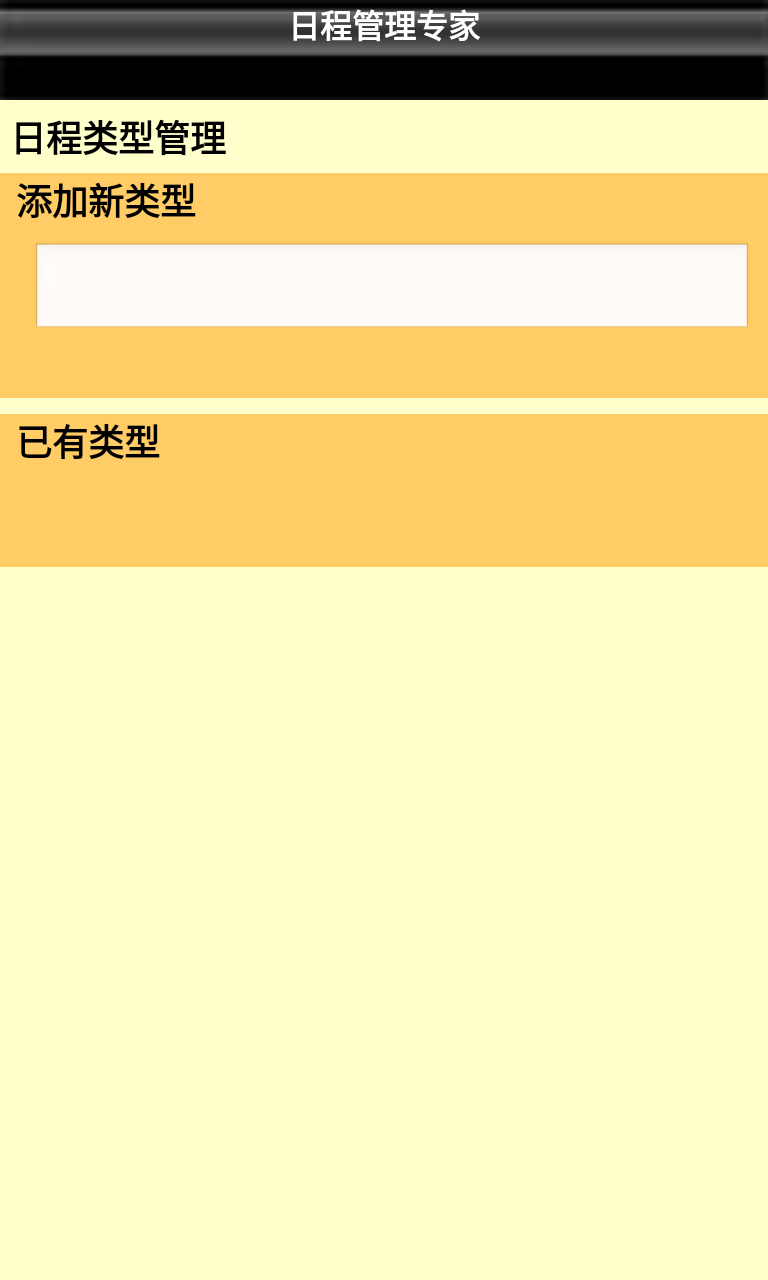
Repository: gogolaile/CoolWeather
Layout: DayDel/res/layout/add.xml
The author's editor kept a copy of each file at every save. The layout is drawn from the files as they stood at one save, then again after the next save.
It is drawn on a 768 x 1280 px phone screen (xhdpi) without system bars, with theme android:Theme.NoTitleBar.Fullscreen; the app's code is not run. Lists and similar views that code fills are empty.

Above is the layout before, as saved 2015-12-05 10:03:36.

### DayDel/res/layout/add.xml
<LinearLayout xmlns:android="http://schemas.android.com/apk/res/android"
    android:layout_width="match_parent"
    android:layout_height="match_parent"
    android:background="#FFFFCC"
    android:orientation="vertical">

    <FrameLayout
        android:layout_width="match_parent"
        android:layout_height="50dp"
        android:background="@drawable/title">
    <TextView
        android:layout_width="wrap_content"
        android:layout_height="wrap_content"
        android:text="@string/day_manager"
        android:textSize="16sp"
        android:textColor="#FFFF"
        android:textStyle="bold"
        android:layout_gravity="center_horizontal"
        />
     </FrameLayout>
    <TextView
        android:layout_width="wrap_content"
        android:layout_height="wrap_content"
        android:text="@string/daytype_manage"
        android:textSize="18sp"
        android:textColor="#000"
        android:textStyle="bold"
        android:layout_margin="5dp"/>
      <LinearLayout
          android:layout_width="match_parent"
          android:layout_height="wrap_content"
          android:orientation="vertical"
          android:background="#FFCC66">
        <TextView
           android:layout_width="wrap_content"
           android:layout_height="wrap_content"
           android:text="@string/add_new_type"
           android:textColor="#000"
           android:textStyle="bold"
           android:textSize="18sp"
           android:layout_marginLeft="8dp"
            />
           <LinearLayout
                      android:layout_width="match_parent"
                      android:layout_height="wrap_content"
                      android:layout_margin="8dp"
                      android:orientation="horizontal">
                    <EditText
                        android:id="@+id/add_type_edit"
                        android:layout_width="match_parent"
                        android:layout_height="wrap_content"
                        android:textColor="#000"
                        android:textStyle="bold"
                        android:textSize="18sp"
                        android:layout_marginLeft="8dp"/>
                    <Button
                        android:id="@+id/add_type_button"
                        android:layout_width="wrap_content"
                        android:layout_height="wrap_content"
                        android:text="@string/add"
                        android:textColor="#000"
                        android:textStyle="bold"
                        android:textSize="18sp"
                        android:layout_gravity="left"
                      />
              </LinearLayout>
     </LinearLayout>
           <LinearLayout
          android:layout_width="match_parent"
          android:layout_height="wrap_content"
          android:orientation="vertical"
          android:background="#FFCC66"
          android:layout_marginTop="8dp">
          <TextView
           android:layout_width="wrap_content"
           android:layout_height="wrap_content"
           android:text="@string/existing_type"
           android:textColor="#000"
           android:textStyle="bold"
           android:textSize="18sp"
           android:layout_marginLeft="8dp"
                 />
     <ListView
             android:layout_width="match_parent"
             android:layout_height="match_parent"
             android:background="#FFCC66"
             android:layout_marginLeft="5dp"
             android:layout_marginRight="5dp"
             android:layout_marginBottom="50dp">
     </ListView>
     </LinearLayout>
</LinearLayout>

### DayDel/res/values/strings.xml
<?xml version="1.0" encoding="utf-8"?>
<resources>

    <string name="app_name">DayDel</string>
    <string name="hello_world">Hello world!</string>
    <string name="action_settings">Settings</string>
    <string name="day_manager">日程管理专家</string>
    <string name="duty">已有日程</string>
    <string name="type">类型</string>
    <string name="theme">主题</string>
    <string name="remark">备注</string>
    <string name="add">添加</string>
    <string name="comeback">返回上一页</string>
    <string name="add_new_type">添加新类型</string>
    <string name="type_manager">类型管理</string>
    <string name="existing_type">已有类型</string>
    <string name="complete">完成</string>
    <string name="cancel">取消</string>
    <string name="set_the_alarm">设置闹钟</string>
    <string name="set_the_time">设置日期和时间</string>
    <string name="edit">更改</string>
    <string name="search">搜索</string>
    <string name="search_result">查找结果</string>
    <string name="limited_date_range">限定日期范围</string>
    <string name="conditions_search">按条件搜索</string>
    <string name="search_from">从指定类型中搜索</string>
    <string name="choose_all_type">选定以上所有类型</string>
    <string name="metting">会议</string>
    <string name="memo">备忘</string>
    <string name="date">约会</string>
    <string name="backlog">待办</string>
    <string name="date_changed">修改日程</string>
    <string name="date_build">新建日程</string>
    <string name="day">日期:2011/06/19</string>
    <string name="time">时间:08:00</string>
    <string name="alarm">闹钟:无闹钟</string>
    <string name="daytype_manage">日程类型管理</string>
</resources>

After the next save:
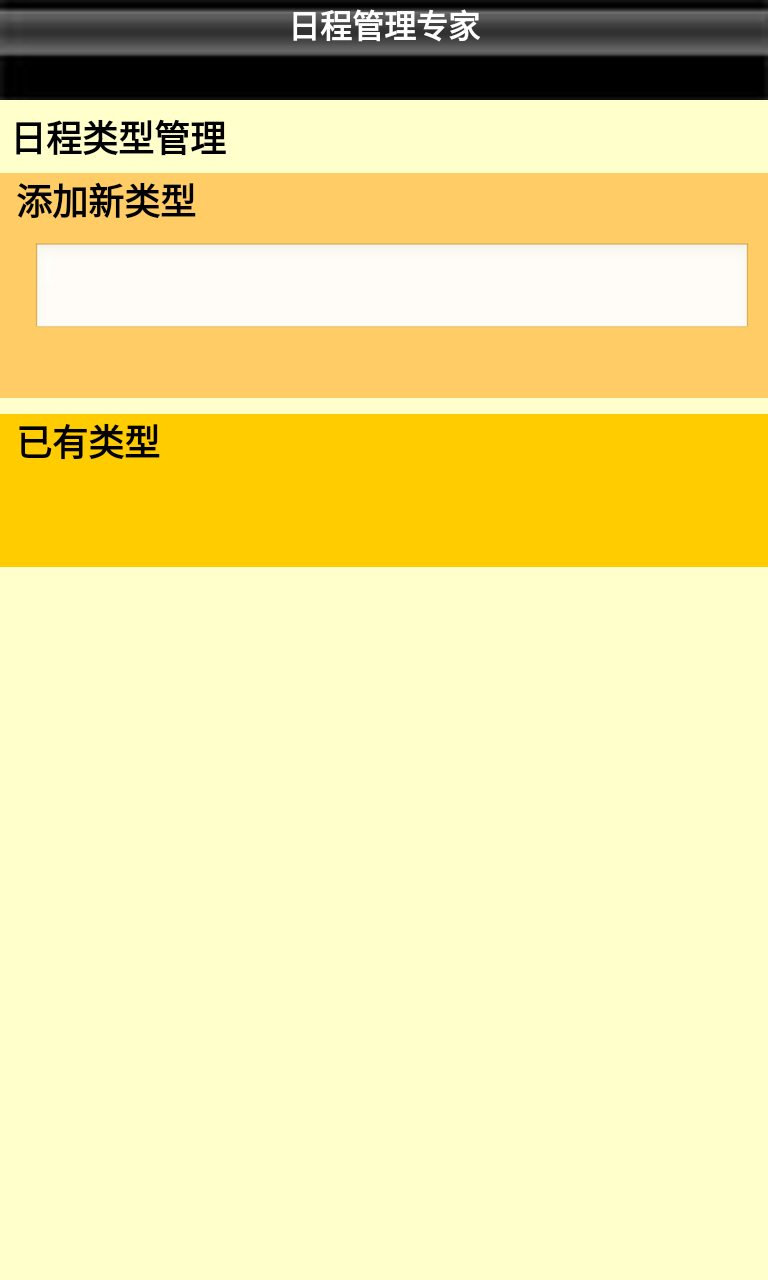
Saved 44 s later.
--- a/DayDel/res/layout/add.xml
+++ b/DayDel/res/layout/add.xml
@@ -69,7 +69,7 @@
           android:layout_width="match_parent"
           android:layout_height="wrap_content"
           android:orientation="vertical"
-          android:background="#FFCC66"
+          android:background="#FFCC00"
           android:layout_marginTop="8dp">
           <TextView
            android:layout_width="wrap_content"
@@ -83,7 +83,7 @@
      <ListView
              android:layout_width="match_parent"
              android:layout_height="match_parent"
-             android:background="#FFCC66"
+             android:background="#FFCC00"
              android:layout_marginLeft="5dp"
              android:layout_marginRight="5dp"
              android:layout_marginBottom="50dp">
